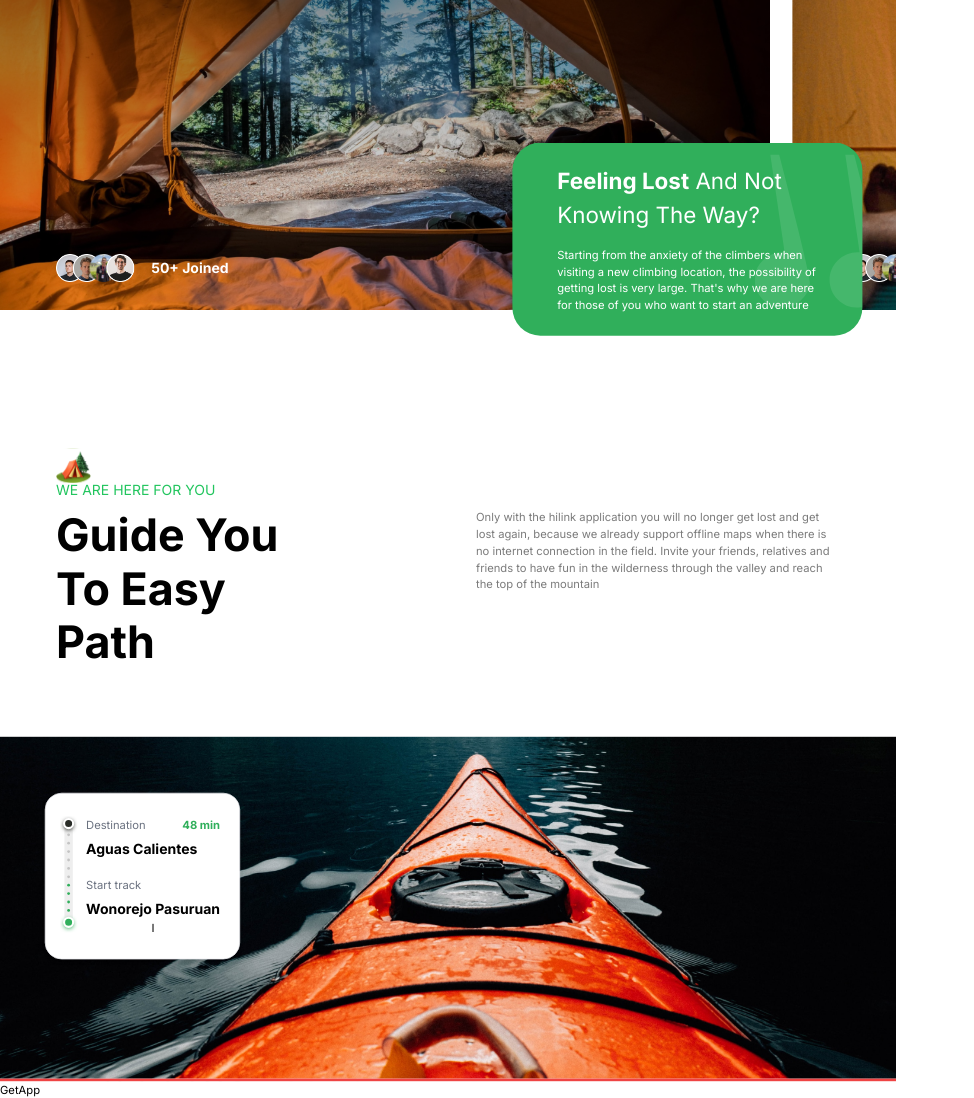
Repository: abdulrahmanmahmood/Travel-App
Page: /
An editor plug-in stored every save of this project. The page is shown before and after a run of saves, followed by the edit.
The browser window is 1280 px wide. The page is 1392 px wide, so the pictures cover 1392 px, including what lies to the right of the window. The pictures show the part of the page from y = 1132 to 2892 px (the page is 2700 px tall before and 2892 px after), at 70% of full size.
The project was rebuilt for these pictures with package versions that can differ from the ones it lists, and the page was loaded fresh each time. The framework's server and built-in components were replaced by stand-ins that run in the browser. Also part of the build but not shown: next.config.js.

Above is the page before, as saved 2023-11-08 11:24:58.

### app/layout.tsx
import './globals.css'
import type { Metadata } from 'next';
import './globals.css'
import Navbar from '@/components/Navbar';


export const metadata: Metadata = {
  title: 'Travel',
  description: 'Travel UI/UX App for camping',
}

export default function RootLayout({
  children,
}: {
  children: React.ReactNode
}) {
  return (
    <html lang="en">
      <body >
        <Navbar/>
        {children}
      </body>
    </html>
  )
}

### app/page.tsx
import Features from "@/components/Features"
import GetApp from "@/components/GetApp"
import Guide from "@/components/Guide"
import Hero from "@/components/Hero"
import Camp from "@/components/camp"

export default function Home() {
  return (
    <>
    <Hero/>
    <Camp/>
    <Guide/>
    <Features/>
    <GetApp/>
 </>
  )
}

### components/Navbar.tsx
import { NAV_LINKS } from "@/constants";
import Image from "next/image";
import Link from "next/link";
import Button from "./Button";

const Navbar = () => {
  return (
    <nav
      className=" flexBetween max-container padding-container relative z-30
    py-5"
    >
      <Link href="/">
        <Image src="/hilink-logo.svg" alt="logo" width={74} height={28} />
      </Link>
      <ul className="hidden h-full gap-12 lg:flex">
        {NAV_LINKS.map((link) => (
          <Link
            href={link.href}
            key={link.key}
            className="regular-16 text-gray-50 flexCenter cursor-pointer pb-1.5 transition-all hover:font-bold"
          >
            {link.label}
          </Link>
        ))}
      </ul>
      <div className="lg:flexCenter  hidden ">
        <Button
          type="button"
          title="Login"
          icon="/user.svg"
          variant="btn_dark_green"
        />
      </div>
      <Image
        src="/menu.svg"
        alt="menu"
        width={32}
        height={32}
        className="inline-block cursor-pointer lg:hidden"
      />
    </nav>
  );
};

export default Navbar;

### components/Features.tsx
import Image from "next/image"


function Features() {
  return (
    <section className="border-2 border-red-500 flex-col  flexCenter overflow-hidden bg-feature-bg bg-center bg-no-repeat">

    </section>
  )
}

export default Features

### components/GetApp.tsx


function GetApp() {
  return (
    <div>GetApp</div>
  )
}

export default GetApp

### components/Guide.tsx
import Image from "next/image";

function Guide() {
  return (
    <section className="flexCenter flex-col">
      <div className=" padding-container max-container w-full pb-24  ">
        <Image src="/camp.svg" alt="camp" width={50} height={50} />
        <p className="uppercase text-xl bold text-green-500 -mt-1 mb-3 ">
          WE ARE here FOR YOU
        </p>
        <div className="flex flex-wrap justify-between gap-5 lg:gap-10">
          <h2 className="capitalize  bold-40 lg:bold-64 xl:max-w-[390px]">
            Guide You to Easy Path
          </h2>
          <p className=" regular-16 text-gray-30 xl:max-w-[520px]">
            Only with the hilink application you will no longer get lost and get
            lost again, because we already support offline maps when there is no
            internet connection in the field. Invite your friends, relatives and
            friends to have fun in the wilderness through the valley and reach
            the top of the mountain
          </p>
        </div>
      </div>
      <div className=" flexCenter max-container relative w-full ">
        <Image
          src="/boat.png"
          alt="image"
          width={1440}
          height={580}
          className="w-full object-cover object-center 2xl:rounded-5"
        />
        <div className="absolute flex bg-white py-8 pl-5 pr-7 gap-3 rounded-3xl border shadow-md md:left-[5%] lg:top-20">
          <Image src='/meter.svg' alt="meter" width={15} height={158} className="h-full w-auto"/>
          <div className="flexBetween flex-col ">
            <div className="flex w-full flex-col">
              <div className="flexBetween w-full ">
                <p className="regular-16 text-gray-500">Destination</p>
                <p className="bold-16 text-green-50">48 min</p>
              </div>
              <p className="bold-20 mt-2 mb-2 ">Aguas Calientes</p>
            </div>
            <div className="flex w-full flex-col">
              <p className="regular-16 text-gray-500 mt-4">Start track</p>
              <h4 className="bold-20 mt-2 whitespace-nowrap">Wonorejo Pasuruan</h4>
            </div>
          I</div>
        </div>
      </div>
    </section>
  );
}

export default Guide;

### components/Hero.tsx
import Image from "next/image";
import Button from "./Button";

function Hero() {
  return (
    <section
      className="max-container padding-container flex flex-col gap-20
    py-10 pb-32 md:gap-27 lg:py-20  xl:flex-row"
    >
      <div className="hero-map" />
      {/* LEFT */}
      <div className="relative z-20 flex flex-1 flex-col xl:w-1/2">
        <Image
          src="/camp.svg"
          alt="camp"
          width={50}
          height={50}
          className="absolute left-[-5px] top-[-30px] w-10 lg:w-[50px]"
        />
        <h1 className="bold-52 lg:bold-88">Putuk Truno Camp Area</h1>
        <p className="regular-16 mt-6 text-gray-30 xl:max-w-[520px]">
          We want to be on each of your journeys seeking the satisfaction of
          seeing the incorruptible beauty of nature. We can help you on an
          adventure around the world in just one app
        </p>
        <div className="my-11 flex flex-wrap gap-5">
          <div className="flex items-center gap-2">
            {Array(5)
              .fill(1)
              .map((_, index) => (
                <Image
                  key={index}
                  src="/star.svg"
                  alt="star"
                  width={24}
                  height={24}
                />
              ))}
          </div>
          <p className="bold-16 lg:bold-20 text-blue-70">
            198k
            <span className="regular-16 lg:regular-20 ml-1 ">
              Excellent Reviews
            </span>
          </p>
        </div>
        <div className="flex flex-col w-full gap-3 sm:flex-row">
          <Button
            type={"button"}
            title={"Download App"}
            variant={"btn_green"}
          />
          <Button
            type={"button"}
            title={"How we work?"}
            variant={"btn_white_text"}
            icon="/play.svg"
          />
        </div>
      </div>
      <div className="relative flex flex-1 items-start ">
        <div className="relative z-20 w-[268px] flex-col gap-8 rounded-3xl bg-green-90 px-7 py-8">


          <div className="fle flex-col">

            <div className="flexBetween">
              <p className="regular-16 text-gray-20">Location</p>
              <Image src="/close.svg" alt="close" width={24} height={24} />
            </div>
            <p className="bold-20 text-white">Aguas Calientes</p>


          </div>


          <div className="flexBetween  pt-4">
            <div className="flex flex-col">
              <p className="regular-16 block text-gray-20">Distance</p>
              <p className="bold-20 text-white">173.28 mi</p>
            </div>
            <div className="flex flex-col">
              <p className="regular-16 block text-gray-20">Elevation</p>
              <p className="bold-20 text-white">2.040 km</p>
            </div>
          </div>
        </div>
      </div>
    </section>
  );
}

export default Hero;

### components/camp.tsx
import { PEOPLE_URL } from "@/constants";
import Image from "next/image";
import { type } from "os";

interface CampProps {
  backgroundImage: string;
  title: string;
  subtitle: string;
  peoplejoined: string;
}

const CampSite = ({
  backgroundImage,
  title,
  subtitle,
  peoplejoined,
}: CampProps) => {
  return (
    <div
      className={`h-full w-full min-w-[1100px] ${backgroundImage} bg-cover bg-no-repeat lg:rounded-r-5xl 2xl:rounded-5xl `}
    >
      <div className="flex h-full flex-col items-start justify-between p-6 lg:px-20 lg:py-10 ">
        <div className=" flexCenter gap-4">
          <div className="rounded-full bg-green-50 p-4">
            <Image src="/folded-map.svg" alt="folded" height={28} width={28} />
          </div>
          <div className="flex flex-col gap-1">
            <h4 className="bold-18 text-white">{title}</h4>
            <p className="regular-14 text-white">{subtitle}</p>
          </div>
        </div>
        <div className="flexCenter gap-6 ">
          <span className="flex -space-x-4 overflow-hidden">
            {PEOPLE_URL.map((url, index) => (
              <Image
                src={url}
                key={index}
                height={53}
                width={53}
                alt="alt"
                className="inline-block h-10 w-10 r-4"
              />
            ))}
          </span>
          <p className="bold-16 md:bold-20 text-white">{peoplejoined}</p>
        </div>
      </div>
    </div>
  );
};

function camp() {
  return (
    <section className=" 2xl:max-container relative flex flex-col py-10 lg-mb-10 lg:py-20 xl:mb-20">
      <div className="hide-scrollbar flex h-[340px] w-full items-start justify-start gap-8 overflow-x-auto lg:h[400px] xl:h-[640px]">
        <CampSite
          backgroundImage="bg-bg-img-1"
          title="Putuk Truno Camp"
          subtitle="Prigen, Pasuruan"
          peoplejoined="50+ Joined"
        />
        <CampSite
          backgroundImage="bg-bg-img-2"
          title="Mountain View Camp"
          subtitle="Somewhere in the Wilderness"
          peoplejoined="50+ Joined"
        />
      </div>

      <div className=" flexEnd  mt-10 px-6 lg:-mt-60 lg:mr-6 ">
        <div
          className="bg-green-50 p-8 lg:max-w-[500px] xl:max-[734px]
        xl:rounded-5xl xl:px-16 px:py-20 relative w-full overflow-hidden rounded-3xl "
        >
          <h2 className="regular-24 md:regular-32 2xl:regular-64 text-white capitalize">
            <strong>Feeling Lost</strong> And Not Knowing The Way?
          </h2>
          <p className="regular-14 xl:regular-16 mt-5 text-white">
            Starting from the anxiety of the climbers when visiting a new
            climbing location, the possibility of getting lost is very large.
            That's why we are here for those of you who want to start an
            adventure
          </p>
          <Image src='/quote.svg'
          alt="camp-2"
          width={186}
          height={219}
          className="camp-quote"
          />
        </div>
      </div>
    </section>
  );
}

export default camp;

### constants/index.ts
export const NAV_LINKS = [
  {href:"/", key:"home", label:"home"},
  { href: '/', key: 'how_hilink_work', label: 'How Hilink Work?' },
  { href: '/', key: 'services', label: 'Services' },
  { href: '/', key: 'pricing ', label: 'Pricing ' },
  { href: '/', key: 'contact_us', label: 'Contact Us' },
]

export const PEOPLE_URL = [
  '/person-1.png',
  '/person-2.png',
  '/acpc-modified (1).png',
  '/person-4.png',
];

### components/Button.tsx
import Image from "next/image";

type ButtonProps = {
  type: "button" | "submit";
  title: string;
  icon?: string;
  variant: string;
};

function Button({ type, title, icon, variant }: ButtonProps) {
  return (
    <button
      type={type}
      className={`flexCenter gap-3 rounded-full border ${variant}`}
    >
      {icon && <Image src={icon} alt={title} width={24} height={24} />}
      <label className="bold-16 whitespace-nowrap">{title}</label>
    </button>
  );
}

export default Button;

Loaded but not shown: app/globals.css (common file); tailwind.config.ts (common file)

After the next 3 saves:
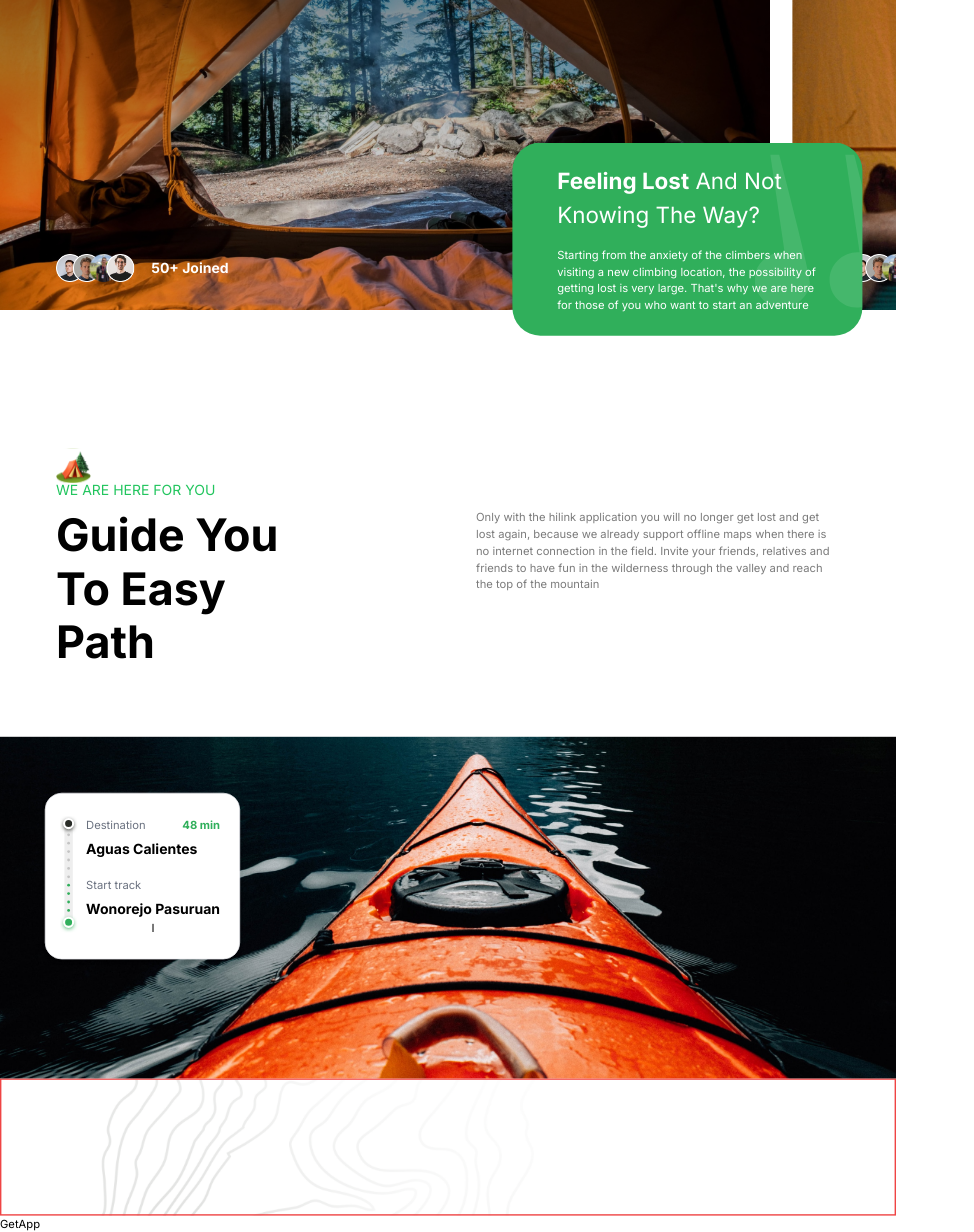
The 3 saves are shown as one change because they came seconds apart.
The last was saved 9 s later.
--- a/components/Features.tsx
+++ b/components/Features.tsx
@@ -3,7 +3,7 @@ import Image from "next/image"
 
 function Features() {
   return (
-    <section className="border-2 border-red-500 flex-col  flexCenter overflow-hidden bg-feature-bg bg-center bg-no-repeat">
+    <section className="border-2 border-red-500 flex-col  flexCenter overflow-hidden bg-feature-bg bg-center bg-no-repeat py-24">
 
     </section>
   )
